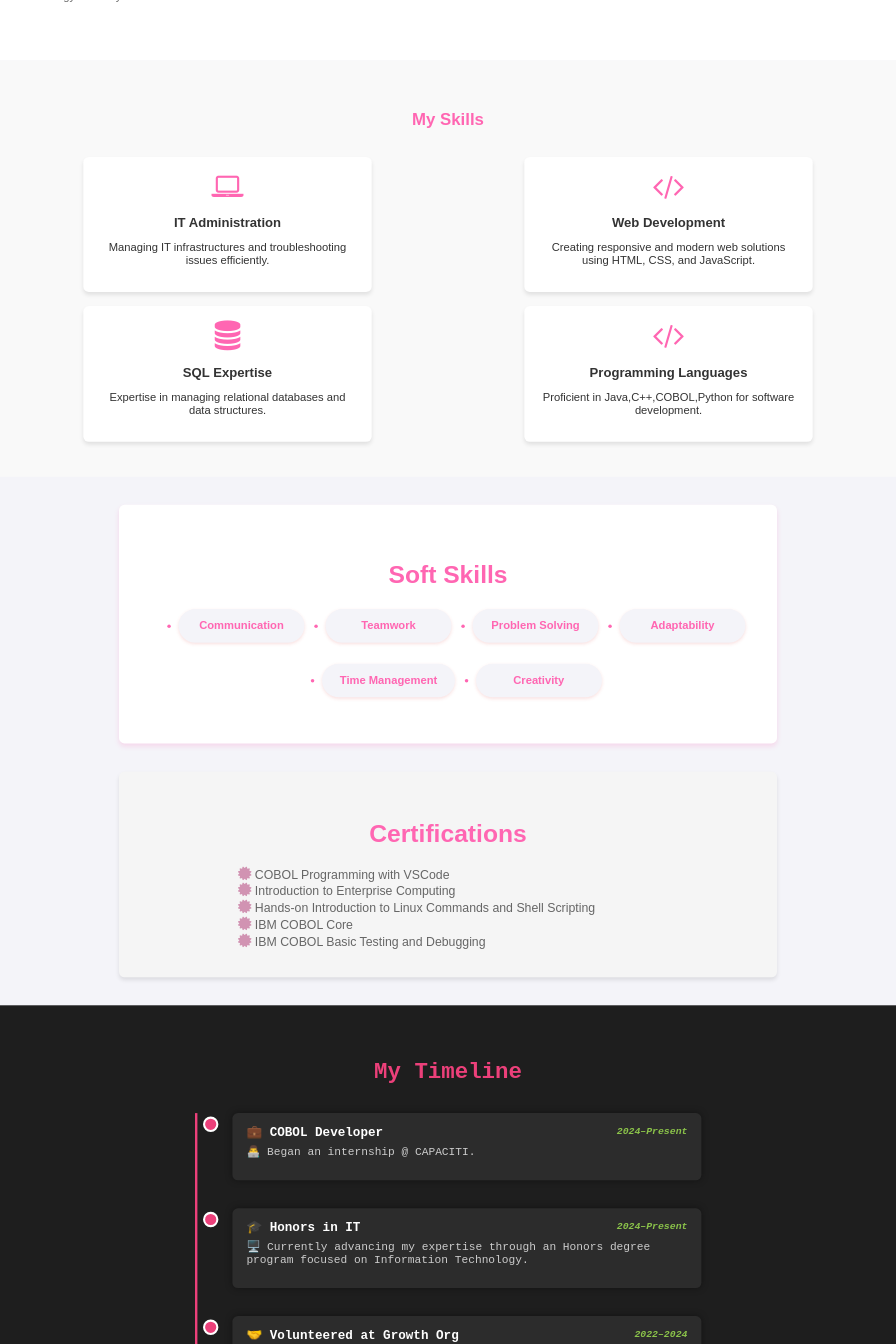
Repository: asandan8106/Asanda-sPortfolio
Page: Portfolio/About.html
The author's editor kept a copy of each file at every save. The page is drawn from the files as they stood at one save, then again after the next save.
The browser window is 1280 px wide. The pictures show the part of the page from y = 793 to 2713 px (the page is 3188 px tall before and 2733 px after), at 70% of full size.

Above is the page before, as saved 2025-05-19 09:19:23.
Console error: ReferenceError: Typed is not defined

After the next save:
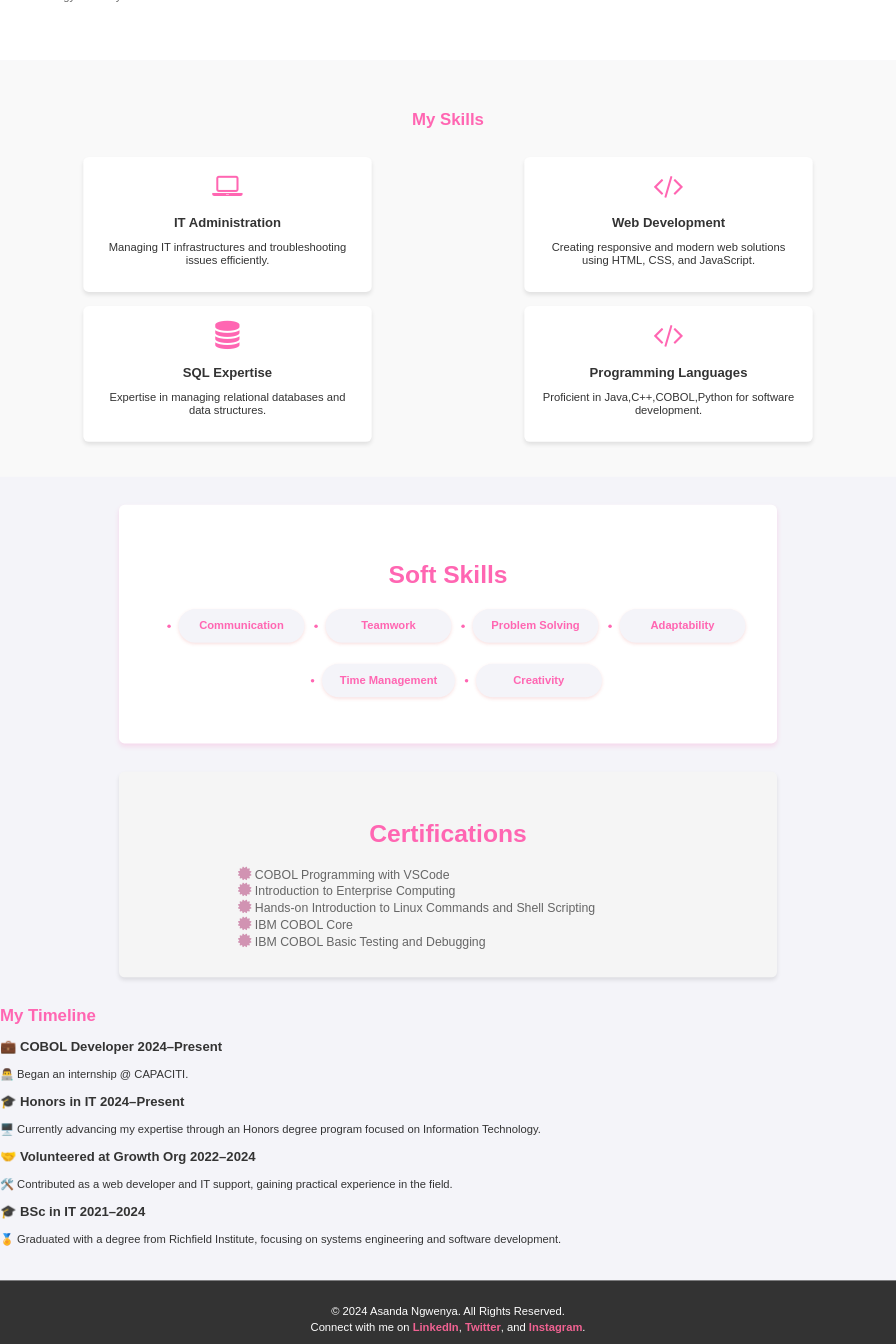
Saved 56 s later.
--- a/Portfolio/styles/CSS/about.css
+++ b/Portfolio/styles/CSS/about.css
@@ -347,72 +347,6 @@
             font-size: 16px;
             color: #666;
         } */
-    .timeline-section {
-  padding: 50px 20px;
-  background: #1e1e1e;
-  color: white;
-  font-family: 'Fira Code', monospace;
-}
-
-.timeline-section h2 {
-  text-align: center;
-  font-size: 32px;
-  margin-bottom: 40px;
-  color: #ec407a;
-}
-
-.timeline-list {
-  position: relative;
-  max-width: 700px;
-  margin: auto;
-  padding-left: 20px;
-  border-left: 4px solid #ec407a;
-}
-
-.timeline-card {
-  position: relative;
-  margin-bottom: 40px;
-  padding-left: 30px;
-}
-
-.timeline-card .marker {
-  position: absolute;
-  left: -12px;
-  top: 5px;
-  width: 16px;
-  height: 16px;
-  background: #ec407a;
-  border: 3px solid white;
-  border-radius: 50%;
-}
-
-.timeline-card .content {
-  background: #2c2c2c;
-  padding: 15px 20px;
-  border-radius: 8px;
-  box-shadow: 0 0 10px rgba(0,0,0,0.4);
-}
-
-.timeline-card h3 {
-  margin: 0;
-  font-size: 18px;
-  color: #ffffff;
-  display: flex;
-  justify-content: space-between;
-  align-items: center;
-}
-
-.timeline-card h3 span {
-  font-size: 14px;
-  font-style: italic;
-  color: #8bc34a;
-}
-
-.timeline-card p {
-  margin-top: 8px;
-  color: #ccc;
-  font-size: 16px;
-}
 
         /* Footer */
         footer {
